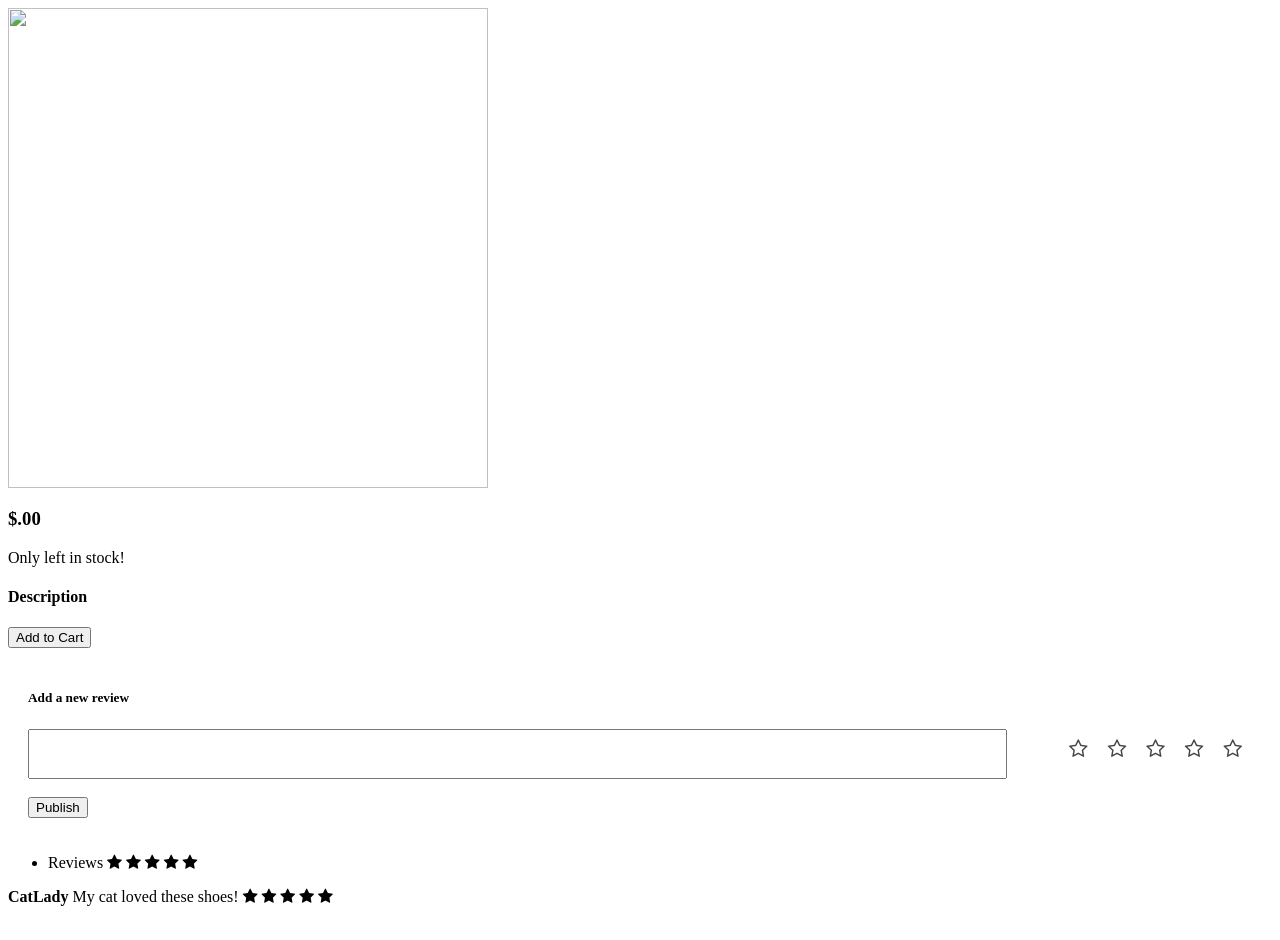
Repository: qfernandez/rangers-project
Page: views/partials/playerInfo.ejs
The author's editor kept a record of every edit. The page is drawn from the files as they stood at one moment, then again after the next edit.
The browser window is 1280 px wide. The pictures show the whole page.
Some web libraries are served in a nearby version. The page is served by the project's Node server (app.js). The template is opened directly, without the code that normally fills it, so the values that code supplies are empty.

Above is the page before.

After the next edit:
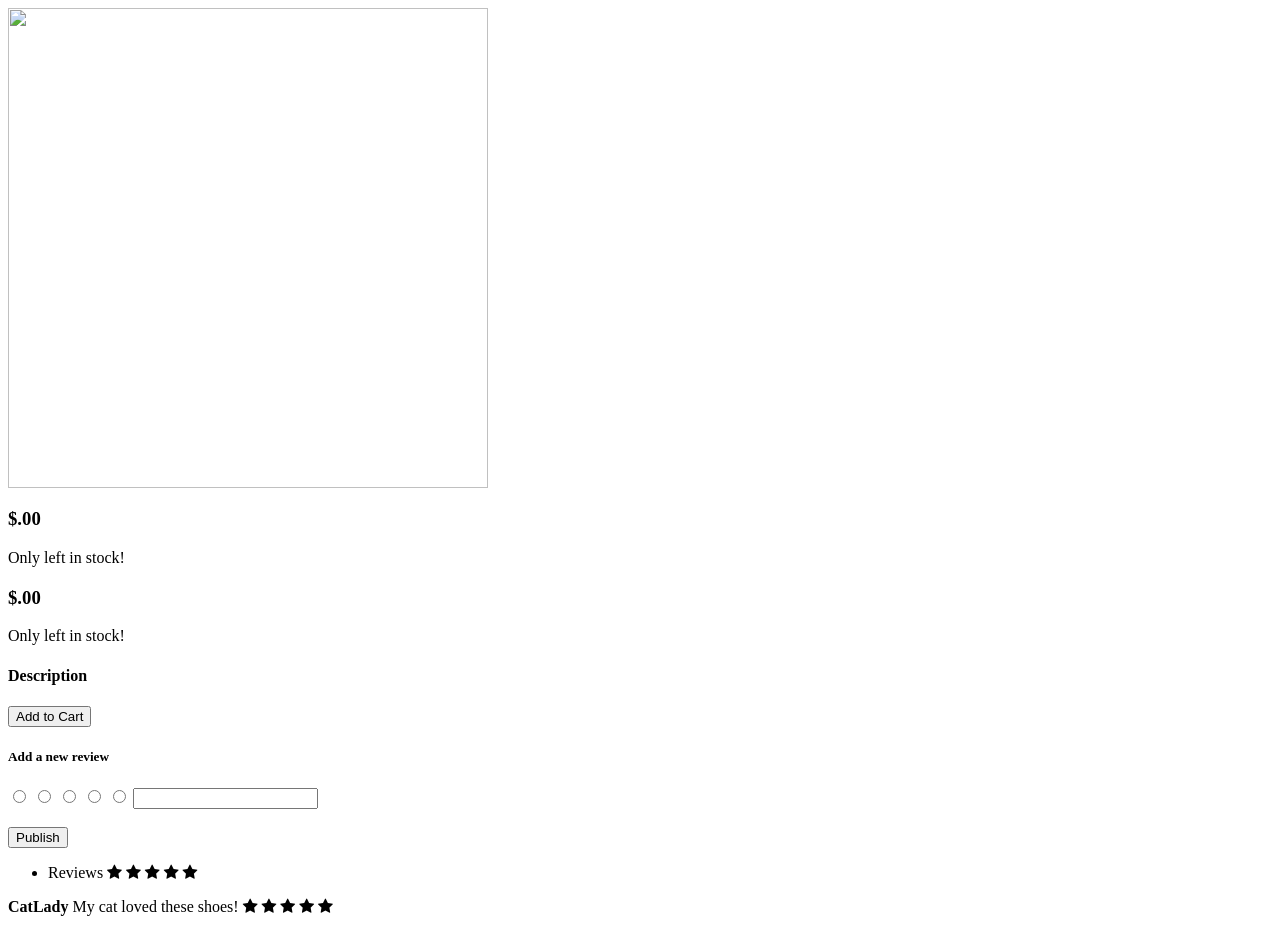
The edit:
--- a/views/partials/playerInfo.ejs
+++ b/views/partials/playerInfo.ejs
@@ -1,64 +1,15 @@
 <head>
-        <link rel="stylesheet" href="https://cdnjs.cloudflare.com/ajax/libs/font-awesome/4.7.0/css/font-awesome.min.css">
-          <script src="https://ajax.googleapis.com/ajax/libs/jquery/3.4.1/jquery.min.js"></script>
-        <style>
-          <link rel="stylesheet" href="//netdna.bootstrapcdn.com/font-awesome/4.2.0/css/font-awesome.min.css">
+    <link rel="stylesheet" href="https://cdnjs.cloudflare.com/ajax/libs/font-awesome/4.7.0/css/font-awesome.min.css">
+    <script src="https://ajax.googleapis.com/ajax/libs/jquery/3.4.1/jquery.min.js"></script>
+    <link rel="stylesheet" href="//netdna.bootstrapcdn.com/font-awesome/4.2.0/css/font-awesome.min.css">
+</head>
+    <div>
+        <img src="<%=product.image%>"width=480 height=480>
+        <h2 class="card-title"><%= product.name %></h2>
+        <h3 class="card-text">$<%= product.price %>.00</h3>
+        <p class="card-text text-danger">Only <%= product.quantity %> left in stock!</p>
+    </div>
 
-                .checked {
-                  color: orange;
-                }
-
-                .form-group {
-                  padding:20px;
-                }
-
-                .form-group .review {
-                  width:80%;
-                  height:50px;
-
-                }
-
-                div.stars {
-                width: 270px;
-                display: inline-block;
-              }
-
-              input.star { display: none; }
-
-              label.star {
-                float: right;
-                padding: 10px;
-                font-size: 20px;
-                color: #444;
-                transition: all .2s;
-              }
-
-              input.star:checked ~ label.star:before {
-                content: '\f005';
-                color: #FD4;
-                transition: all .25s;
-              }
-
-              input.star-5:checked ~ label.star:before {
-                color: #FE7;
-                text-shadow: 0 0 20px #952;
-              }
-
-              input.star-1:checked ~ label.star:before { color: #F62; }
-
-              label.star:hover { transform: rotate(-15deg) scale(1.3); }
-
-              label.star:before {
-                content: '\f006';
-                font-family: FontAwesome;
-              }
-        </style>
-</head>
-        <div class="card mb-3">
-        <div class="row no-gutters">
-        <div class="col-md-4">
-        <img src="<%=product.image%>"width=480 height=480>
-        </div>
         <div class="col-md-8">
         <div class="card-body">
         <h2 class="card-title"><%= product.name %></h2>
